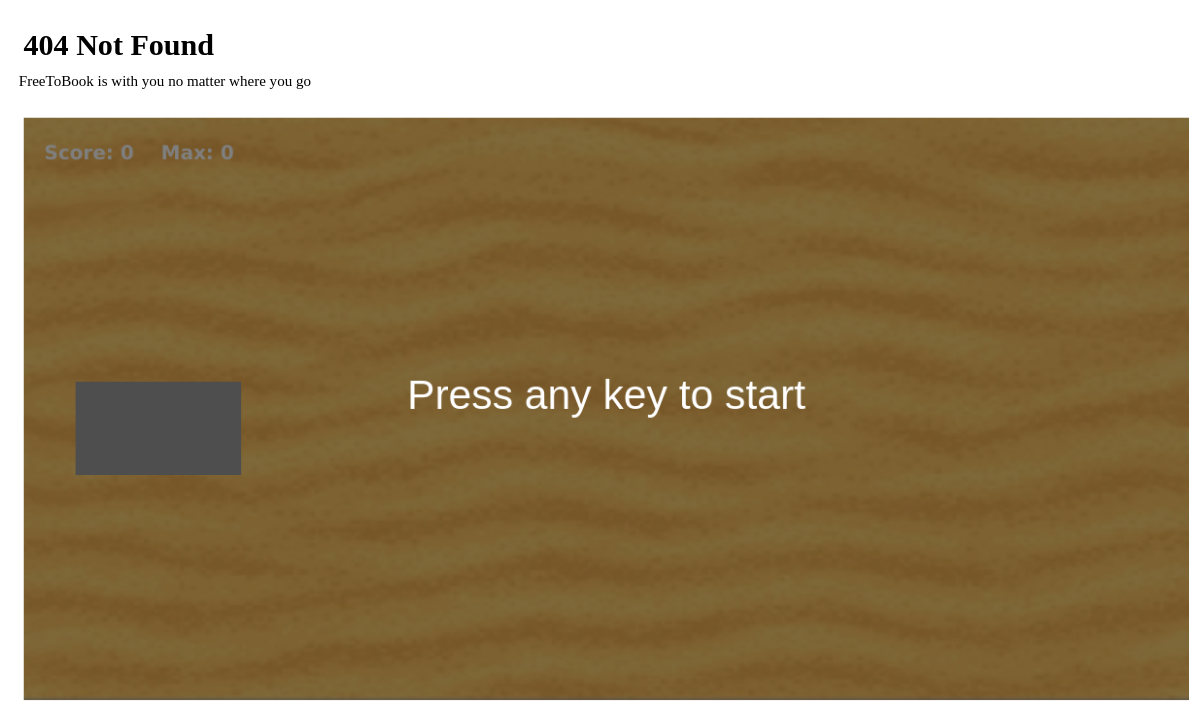
Repository: btgoo/game
Page: car.html
These files come from the project's save history. The page is drawn as it stood at one moment and after the next save; the edit follows.
The browser window is 1280 px wide. The pictures show the whole page, at 94% of full size.

Above is the page before, as saved 2025-10-26 03:05:41.

### car.html
<!DOCTYPE html>
<script src="carscript.js" defer type="module"></script>
<link rel="stylesheet" href="car_style.css">
<html lang="en">
<head>
    <meta charset="UTF-8">
    <meta http-equiv="X-UA-Compatible" content="IE=edge" />
    <meta name="viewport" content="width=device-width, initial-scale=1.0">
    <title>CarGo</title>
</head>
<body>
    <h1>404 Not Found</h1>
    FreeToBook is with you no matter where you go
    <p id="demo"></p>
    <canvas id="game">
    </canvas>
</body>
 </html>

### carscript.js
const canvas = document.getElementById("game");
const ctx = canvas.getContext("2d");

const GAME_WIDTH = 1200;
const GAME_HEIGHT = 600;
const PLAYER_WIDTH = 160;
const PLAYER_HEIGHT = 90;
const CACTI_WIDTH = 78;
const CACTI_Height = 90;

const NUM_LANES = 5;

const obstacleData = [
    {src: "./assets/car_images/cactus_1.png", width:CACTI_WIDTH, height:CACTI_WIDTH},
    {src: "./assets/car_images/cactus_2.png", width:CACTI_WIDTH, height:CACTI_Height},
    {src: "./assets/car_images/cactus_3.png", width:CACTI_WIDTH, height:CACTI_Height},
    {src: "./assets/car_images/cactus_1.png", width:CACTI_WIDTH, height:CACTI_WIDTH},
    {src: "./assets/car_images/cactus_2.png", width:CACTI_WIDTH, height:CACTI_Height},
    {src: "./assets/car_images/cactus_3.png", width:CACTI_WIDTH, height:CACTI_Height},
    {src: "./assets/car_images/tumbleweed.png", width:CACTI_WIDTH, height:CACTI_WIDTH},
    {src: "./assets/car_images/red_car.png", width:PLAYER_WIDTH, height:PLAYER_HEIGHT},
    {src: "./assets/car_images/green_car.png", width:PLAYER_WIDTH, height:PLAYER_HEIGHT},
];

let obstacleImgs = [];
obstacleData.forEach(data => {
    const img = new Image();
    img.src = data.src;
    img.width = data.width;
    img.height = data.height;
    obstacleImgs.push(img);
});

const explosionImg = new Image();
explosionImg.src = "./assets/car_images/explosion_sprite.png";

let explosions = [];

let scaleRatio = null;
let backgroundX = 0;
let gameSpeed = 3;
let speedIncreaseRate = 0.0001;

let gameRunning = false;
let gameOver = false;

let score = 0;
let maxScore = 0;

let car = {
    x: GAME_WIDTH / 24,
    width: PLAYER_WIDTH,
    height: PLAYER_HEIGHT,
    lane: 2,
};

let obstacles = [];
let obstacleTimer = 0;
let obstacleInterval = 80;
let lanes = [];

function setupLanes() {
    const laneHeight = GAME_HEIGHT / NUM_LANES;
    lanes = [];
    for (let i = 0; i < NUM_LANES; i++) {
        lanes.push(laneHeight * i + (laneHeight - car.height) / 2);
    }
    car.y = lanes[car.lane];
}

function getScaleRatio() {
    const screenHeight = Math.min(window.innerHeight, document.documentElement.clientHeight);
    const screenWidth = Math.min(window.innerWidth, document.documentElement.clientWidth);

    if (screenWidth / screenHeight < GAME_WIDTH / GAME_HEIGHT) {
        return screenWidth / GAME_WIDTH;
    } else {
        return screenHeight / GAME_HEIGHT;
    }
}

function setScreen() {
    scaleRatio = getScaleRatio();
    if (GAME_WIDTH * scaleRatio < GAME_WIDTH && GAME_HEIGHT * scaleRatio < GAME_HEIGHT){
        canvas.width = GAME_WIDTH * scaleRatio;
        canvas.height = GAME_HEIGHT * scaleRatio;
        } else {
        canvas.width = GAME_WIDTH;
        canvas.height = GAME_HEIGHT;
    }
  setupLanes();
}

setScreen();
window.addEventListener("resize", () => {
    setScreen();
    drawScene();
});

const backgroundImg = new Image();
backgroundImg.src = "./assets/car_images/background.png";

const carImg = new Image();
carImg.src = "./assets/car_images/blue_car.png";

backgroundImg.onload = requestAnimationFrame(gameLoop);
carImg.onload = () => requestAnimationFrame(gameLoop);

backgroundImg.onload = drawStartScreen;
carImg.onload = drawStartScreen;


function drawStartScreen() {
    drawScene();
    ctx.fillStyle = "rgba(0, 0, 0, 0.5)";
    ctx.fillRect(0, 0, canvas.width, canvas.height);

    ctx.fillStyle = "white";
    ctx.font = `${40 * scaleRatio}px Arial`;
    ctx.textAlign = "center";
    ctx.fillText("Press any key to start", canvas.width / 2, canvas.height / 2);
}

function drawScene() {
    ctx.clearRect(0, 0, canvas.width, canvas.height);

    const bgWidth = canvas.width;
    const bgHeight = canvas.height;
    let bgX = -backgroundX * scaleRatio;

    ctx.drawImage(backgroundImg, bgX, 0, bgWidth, bgHeight);
    ctx.drawImage(backgroundImg, bgX + bgWidth, 0, bgWidth, bgHeight);

    ctx.fillStyle = "white";
    ctx.font = `bold ${20}px Verdana`;
    ctx.textAlign = "left";
    ctx.fillText(`Score: ${score}    Max: ${maxScore}`, 20 * scaleRatio, 40 * scaleRatio);

    if (backgroundX * scaleRatio >= bgWidth) backgroundX = 0;

    obstacles.forEach((ob) => {
        ctx.drawImage(
        ob.img,
        ob.x * scaleRatio,
        ob.y * scaleRatio,
        ob.width * scaleRatio,
        ob.height * scaleRatio
        );
    });

    if (!gameOver) {
        ctx.drawImage(
            carImg,
            car.x * scaleRatio,
            car.y * scaleRatio,
            car.width * scaleRatio,
            car.height * scaleRatio
        );
    }
    explosions.forEach((ex, i) => {
        const frameWidth = explosionImg.width / ex.maxFrames;
        const frameHeight = explosionImg.height;

        ctx.drawImage(
            explosionImg,
            frameWidth * ex.frame,
            0,
            frameWidth,
            frameHeight,
            ex.x * scaleRatio,
            ex.y * scaleRatio,
            ex.width * scaleRatio,
            ex.height * scaleRatio
        );

        ex.tick++;
        if (ex.tick % ex.frameSpeed === 0) {
            ex.frame++;
        }
        if (ex.frame >= ex.maxFrames) {
            explosions.splice(i, 1);
        }
    });
    if (gameOver) {
        ctx.fillStyle = "rgba(0, 0, 0, 0.6)";
        ctx.fillRect(0, 0, canvas.width, canvas.height);
        ctx.fillStyle = "white";
        ctx.font = `${60 * scaleRatio}px Arial Black`;
        ctx.textAlign = "center";
        ctx.fillText("GAME OVER", canvas.width / 2, canvas.height / 2);
        ctx.font = `${30 * scaleRatio}px Arial`;
        ctx.fillText("Press any key to restart", canvas.width / 2, canvas.height / 2 + 60 * scaleRatio);
    }
}

function gameLoop() {
    if (gameRunning && !gameOver) {
        backgroundX += gameSpeed;

        obstacleTimer++;
        if (obstacleTimer > obstacleInterval) {
            spawnObstacle();
            obstacleTimer = 0;
            obstacleInterval = 100 + Math.random() * 10;
        }

        obstacles.forEach((ob) => {
            ob.x -= gameSpeed;

            if (!ob.counted && ob.x + ob.width < car.x) {
                score++;
                ob.counted = true;

                if (score > maxScore) {
                    maxScore = score;
                }
            }
        });

        obstacles = obstacles.filter((ob) => ob.x + ob.width > 0);

        checkCollisions();

        gameSpeed += speedIncreaseRate;

        drawScene();
    }
    requestAnimationFrame(gameLoop);
}
requestAnimationFrame(gameLoop);

function checkCollisions() {
    obstacles.forEach((ob, index) => {
      const carLeft = car.x;
      const carRight = car.x + car.width;
      const carTop = car.y;
      const carBottom = car.y + car.height;

      const obLeft = ob.x;
      const obRight = ob.x + ob.width-10;
      const obTop = ob.y;
      const obBottom = ob.y + ob.height;

      const horizontalOverlap = carLeft < obRight && carRight > obLeft;
      const verticalOverlap = carTop < obBottom && carBottom > obTop;

      if (horizontalOverlap && verticalOverlap) {
        spawnExplosion(car.x, car.y, car.width, car.height);
        setTimeout(setGameOver, 100);
      }
    });
}

function setGameOver(){
    gameRunning = false;
    gameOver = true
    drawScene();
}

function spawnObstacle() {
    const lane = Math.floor(Math.random() * NUM_LANES);
    const imgIndex = Math.floor(Math.random() * obstacleImgs.length);
    const chosenImg = obstacleImgs[imgIndex];

    const newObstacle = {
        x: GAME_WIDTH + 50,
        y: lanes[lane],
        width: chosenImg.width,
        height: chosenImg.height,
        lane: lane,
        img: chosenImg
    };
    obstacles.push(newObstacle);
}

function spawnExplosion(x, y, width, height) {
    explosions.push({
        x: x,
        y: y,
        width: width,
        height: height,
        frame: 0,
        maxFrames: 15,
        frameSpeed: 3,
        tick: 0
    });
}

window.addEventListener("keydown", (e) => {
    if (!gameRunning && !gameOver) {
      // start
      gameRunning = true;
        obstacles = [];
        explosions = [];
        backgroundX = 0;
        gameSpeed = 3;
        score = 0;
        drawScene();
    } else if (gameOver) {
      // restart
        gameOver = false;
        gameRunning = true;
        backgroundX = 0;
        obstacles = [];
        explosions = [];
        gameSpeed = 3;
        score = 0;
    } else {
      // move car if running
      if (e.key === "ArrowUp" && car.lane > 0) {
        car.lane--;
      } else if (e.key === "ArrowDown" && car.lane < NUM_LANES - 1) {
        car.lane++;
      }
      car.y = lanes[car.lane];
    }
});

### car_style.css
* {
    padding: 5px;
    padding-top: 10px;
    padding-bottom: 10px;
    margin: 0px;
}
body{
    padding-left: 15px;
    display:flex;
    flex-direction: column;
    height: 90vh;

    /* user-select: none;
    touch-action: none;
    -webkit-touch-callout: none;
    -webkit-user-select: none;
    -khtml-user-select: none;
    -moz-user-select: none;
    -ms-user-select: none;
    user-select: none;
    outline: none;
    -webkit-tap-highlight-color: rgba(255, 255, 255, 0); */
}

After the next save:
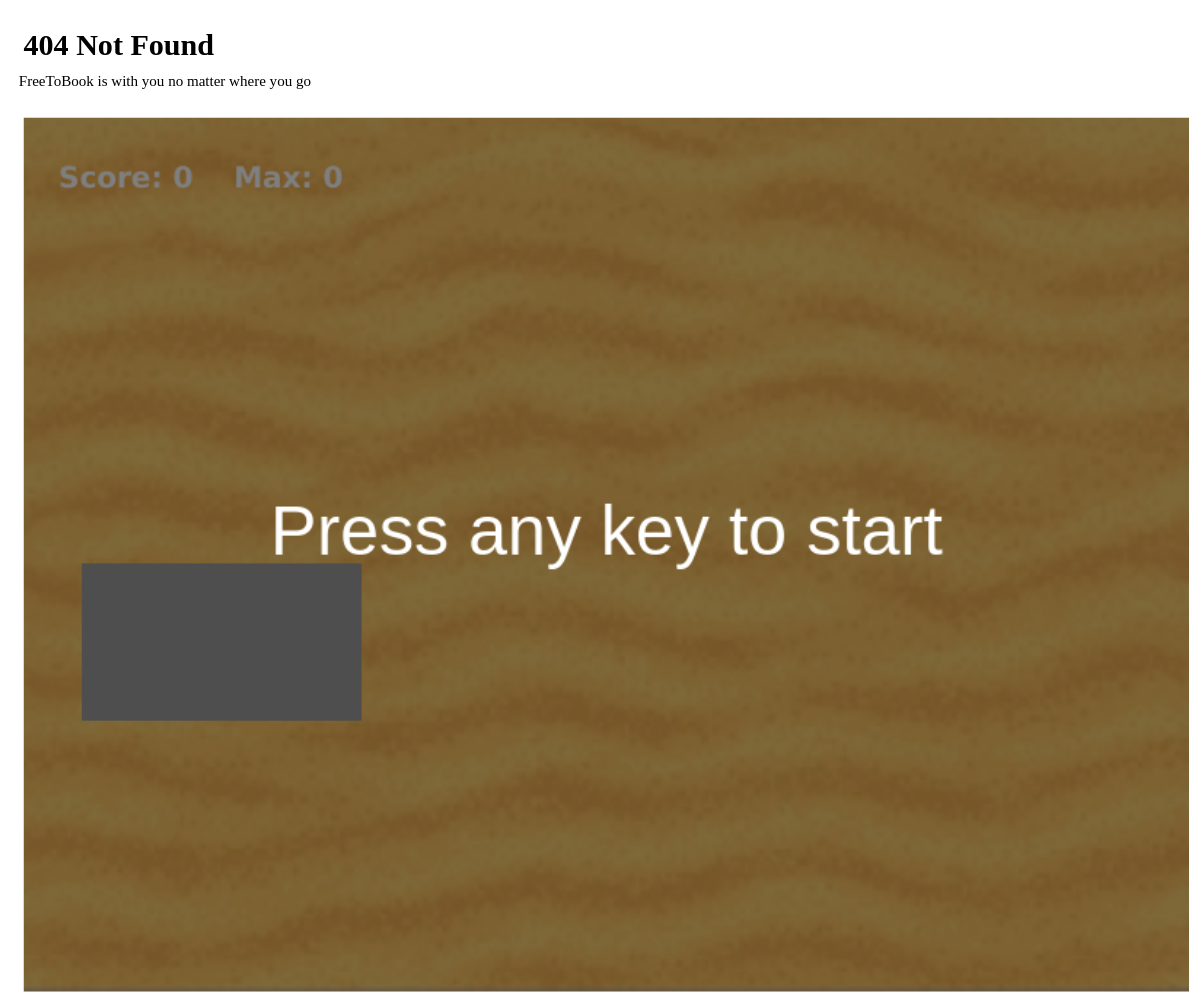
Saved 7 s later.
--- a/carscript.js
+++ b/carscript.js
@@ -1,7 +1,7 @@
 const canvas = document.getElementById("game");
 const ctx = canvas.getContext("2d");
 
-const GAME_WIDTH = 1200;
+const GAME_WIDTH = 800;
 const GAME_HEIGHT = 600;
 const PLAYER_WIDTH = 160;
 const PLAYER_HEIGHT = 90;
